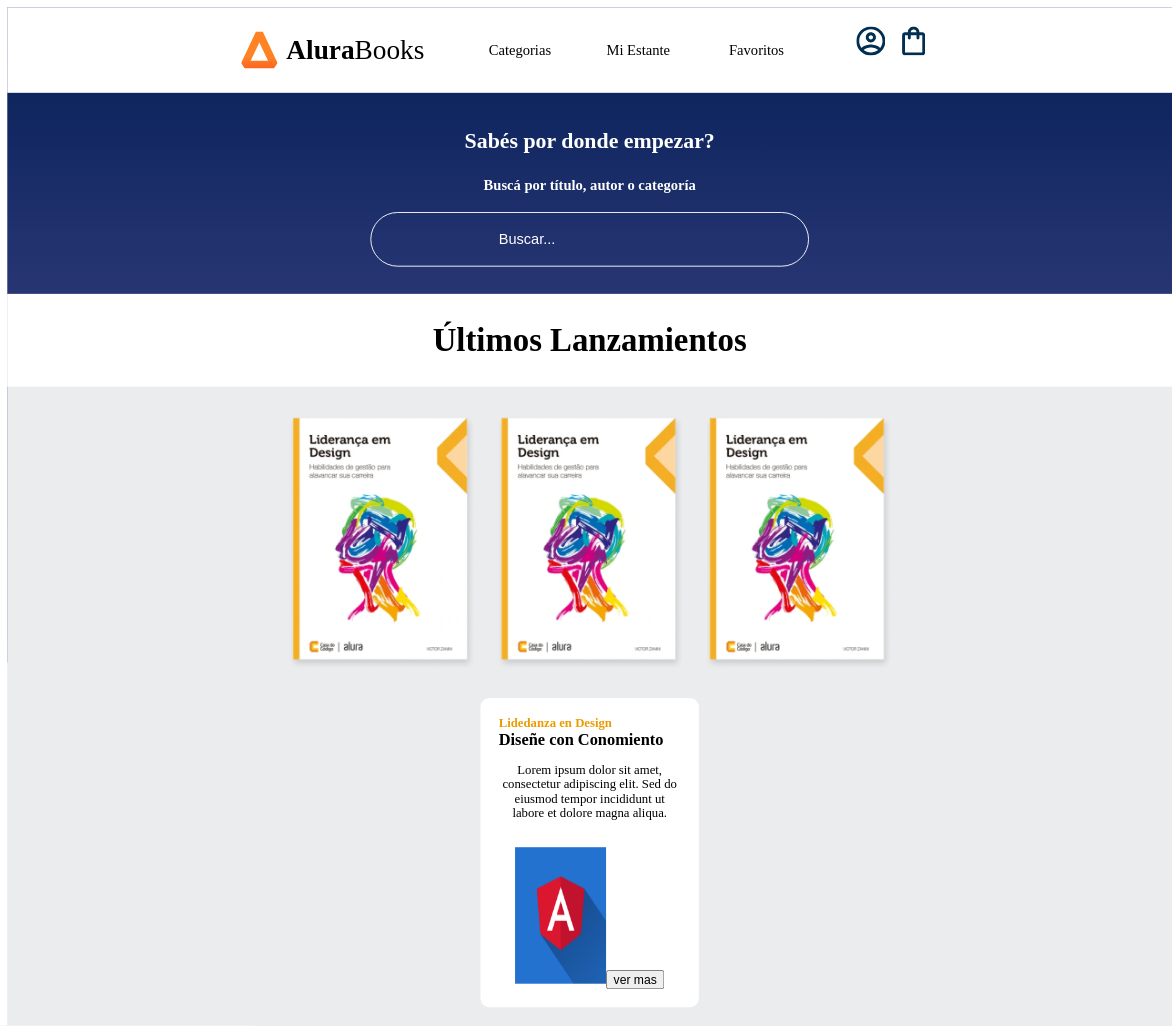
Repository: SandroG1977/Alura.Books
Page: /
The author's editor kept a copy of each file at every save. The page is drawn from the files as they stood at one save, then again after the next save.
The browser window is 1280 px wide. The page is 1288 px wide, so the pictures cover 1288 px, including what lies to the right of the window. The pictures show the whole page, at 91% of full size.
The project was rebuilt for these pictures with package versions that can differ from the ones it lists, and the page was loaded fresh each time.

Above is the page before, as saved 2026-04-09 18:39:56.

### src/index.js
import React from 'react';
import ReactDOM from 'react-dom/client';
import App from './App';
import reportWebVitals from './reportWebVitals';
import { createGlobalStyle } from 'styled-components';

const GlobalStyle = createGlobalStyle`
    body {
      margin: 0;
      font-family: -apple-system, BlinkMacSystemFont, 'Segoe UI', 'Roboto', 'Oxygen',
        'Ubuntu', 'Cantarell', 'Fira Sans', 'Droid Sans', 'Helvetica Neue',
        sans-serif;
      -webkit-font-smoothing: antialiased;
      -moz-osx-font-smoothing: grayscale;
    }

    code {
      font-family: source-code-pro, Menlo, Monaco, Consolas, 'Courier New',
        monospace;
    }

    li{
      list-style: none;
    }
`;

const root = ReactDOM.createRoot(document.getElementById('root'));
root.render(
  <React.StrictMode>
    <App />
  </React.StrictMode>
);

// If you want to start measuring performance in your app, pass a function
// to log results (for example: reportWebVitals(console.log))
// or send to an analytics endpoint. Learn more: https://bit.ly/CRA-vitals
reportWebVitals();

### src/App.js
import styled from 'styled-components';
import Header from './components/Header';
import Search from './components/Search';
import UltimosLanzamientos from './components/UltimoLanzamientos';

const AppContainer = styled.div`
  width: 100vw;
  height: 100vh;
  background-image: linear-gradient(to bottom, #031e55, #57559b);


li{
    list-style: none;
}
`;

function App() {
  return (
    <AppContainer>
      <Header />
      <Search />
      <UltimosLanzamientos />
    </AppContainer>
  );
}

export default App;

### src/components/Header/index.js
import Logo from '../logo';
import OptionsHeader from '../OptionsHeader';
import IconesHeader from '../IconosHeader';
import styled from 'styled-components';

const HeaderContainer = styled.header`
    background-color: white;
    display: flex;
    justify-content: center;
`;

function Header() {
    return (
        <HeaderContainer>
            <Logo />
            <OptionsHeader />
            <IconesHeader />
        </HeaderContainer>
    );
}

export default Header;

### src/components/Search/index.js
import { useState } from 'react';
import Input from '../Input';
import styled from 'styled-components';

import livro from '../../images/livro.png'

export const livros = [
    { nome: 'Liderança em Design', id: 1, src: livro },
    { nome: 'JavaScript Assertivo', id: 2, src: livro },
    { nome: 'Cangaceiro em JavaScript', id: 3, src: livro },
    { nome: 'Aventureiros do Java', id: 4, src: livro },
]

const SearchContainer = styled.section`
    display: flex;
    flex-direction: column;
    align-items: center;
    justify-content: center;
    padding: 20px;
`;

const Titulo = styled.h2`
    font-size: 24px;
    color: #FFF;
    margin-bottom: 10px;
`;

const Subtitulo = styled.h3`
    font-size: 16px;
    color: #FFF;
    margin-bottom: 20px;
`;

const ResultadosContainer = styled.div`
    display: flex;
    justify-content: center;
    align-items: center;
    margin-bottom: 20px;
    gap: 20px;
    cursor: pointer;

    img {
        width: 100px;
    }

    p { width: 200px; text-align: center; color: #FFF; }

    &:hover {
            transform: scale(1.05);
            transition: transform 0.2s ease-in-out;
        border: 1px solid white;
    }
`;

function Search() {
    const [librosEncontrados, setLibrosEncontrados] = useState([]);
    return (
        <SearchContainer>
            <Titulo>Sabés por donde empezar?</Titulo>
            <Subtitulo>Buscá por título, autor o categoría</Subtitulo>
            <Input
                placeholder="Buscar..."
                onBlur={event => {
                    const query = event.target.value.trim().toLowerCase();
                    if (!query) {
                        setLibrosEncontrados([]);
                        return;
                    }

                    const encontrados = livros.filter(livro =>
                        livro.nome.toLowerCase().includes(query)
                    );
                    setLibrosEncontrados(encontrados);
                }
                }
            />
            {librosEncontrados.map(livro => {
                return (
                    <ResultadosContainer key={livro.id}>
                        <img src={livro.src} alt={livro.nome} /><p>{livro.nome}</p>

                    </ResultadosContainer>
                );
            })}

        </SearchContainer>
    );
}

export default Search;

### src/components/UltimoLanzamientos/index.js
import styled from 'styled-components';
import { Titulo } from '../Titulo';
import livro2 from '../../images/livro2.png';
import livro from '../../images/livro.png';
import CardRecomandaciones from '../CardRecomandaciones';

export const livros = [
    { nome: 'Liderança em Design', src: livro, id: 1 },
    { nome: 'Cangaceiro JavaScript', src: livro, id: 3 },
    { nome: 'Apache Kafka e Spring Boot', src: livro, id: 4 }
]


const LibroContainer = styled.section`
    background-color: #EBECEE;
    padding-bottom: 20px;
    display: flex;
    flex-direction: column;
`;


const NuevosLibrosContainer = styled.div`
    margin-top: 30px;
    margin-bottom: 30px;
    gap: 20px;
    display: flex;
    width: 100%;
    justify-content: center;
    cursor: pointer;
`

function UltimosLanzamientos() {
    return (
        <LibroContainer>
            <Titulo color="#000000" size="36px" align="center">Últimos Lanzamientos</Titulo>
            <NuevosLibrosContainer>
                {livros.map(livro => {
                    return (
                        <img key={livro.id} src={livro.src} alt={livro.nome} />

                    );
                })}
            </NuevosLibrosContainer>
            <CardRecomandaciones titulo="Lidedanza en Design" subtitulo="Diseñe con Conomiento" descripcion="Lorem ipsum dolor sit amet, consectetur adipiscing elit. Sed do eiusmod tempor incididunt ut labore et dolore magna aliqua." imagen={livro2} />
        </LibroContainer>
    );
}

export default UltimosLanzamientos;

### src/components/logo/index.js
import logo from '../../images/logo.svg';
import styled from 'styled-components';

const LogoContainer = styled.div`
    display: flex;
    font-size: 30px;
    margin-left: 5px;
`;

const LogoImage = styled.img`
    width: 40px;
    margin-right: 10px;
`;


function Logo() {
    return (
        <LogoContainer>
            <LogoImage src={logo} alt="Logo Alura Books" />
            <p><strong>Alura</strong>Books</p>
        </LogoContainer>
    );
}

export default Logo;

### src/components/OptionsHeader/index.js

import styled from 'styled-components';

const OpcionesContainer = styled.ul`
    display: flex;
`;

const Opcion = styled.li`
    font-size: 16px;
    display: flex;
    justify-content: center;
    align-items: center;
    text-align: center;
    height: 100%;
    padding: 0 5px;
    cursor: pointer;
    min-width: 120px;
`;



const textoOpciones = ['Categorias', 'Mi Estante', 'Favoritos'];


function OptionsHeader() {
    return (
        <OpcionesContainer>
            {textoOpciones.map((opcion, index) => (
                <Opcion key={index}><p>{opcion}</p></Opcion>
            ))}
        </OpcionesContainer>
    );
}

export default OptionsHeader;

### src/components/IconosHeader/index.js
import perfil from '../../images/perfil.svg';
import carrito from '../../images/sacola.svg';
import styled from 'styled-components';

const IconosContainer = styled.ul`
    display: flex;
`;

const Icono = styled.li`
    width: 40px;
    margin:5px;
`;

const iconosOpciones = [perfil, carrito];

function IconesHeader() {
    return (
        <IconosContainer>
            {iconosOpciones.map((icono, index) => (
                <Icono><img src={icono} alt={`Icono ${index}`} /></Icono>
            ))}
        </IconosContainer>
    );
}

export default IconesHeader;

### src/components/Input/index.js
import syled from 'styled-components';

const Input = syled.input`
    border: 1px solid #FFF;
    background: transparent;
    border: 1px solid #FFF;
    padding: 20px 140px;
    border-radius: 50px;
    width: 200px;
    color: #FFF;
    font-size: 16px;
    margin-bottom: 10px;

    &::placeholder {
            color: #FFF;
            font-size: 16px;
    }
`;


export default Input;

### src/components/Titulo/index.js
import styled from 'styled-components';


export const Titulo = styled.h2`
    width: 100%;
    padding: 30px 0;
    background-color: #FFF;
    color: ${props => props.color || '#EB9B00'};
    font-size: ${props => props.size || '36px'};
    text-align: ${props => props.align || 'center'};
    margin: 0;
`;

### src/components/CardRecomandaciones/index.js
import styled from "styled-components";

const Card = styled.div`
    width: 200px;
    height: 300px;
    background-color: #FFF;
    border-radius: 10px;
    padding: 20px;
    display: flex;
    flex-direction: column;
    justify-content: space-between;
    align-items: center;
    align-self: center;
    `;

const Titulo = styled.h3`
        font-size: 14px;
        color: #EB9B00;
        margin: 0;
`;

const Subtitulo = styled.h4`
        font-size: 18px;
        color: #000000;
        margin: 0;
`

const Descripcion = styled.p`
        font-size: 14px;
        color: #000000;
        text-align: center;
    `
const Imagen = styled.img`
    width: 100px;
    height: 150px;
    object - fit: cover;
`

const Button = styled.button`
    button{
    background - color: #EB9B00;
    color: #FFF;
    border: none;
    padding: 10px 20px;
    border - radius: 5px;
    cursor: pointer;
`



function CardRecomandaciones({ titulo, subtitulo, descripcion, imagen }) {
    return (
        <Card>
            <div>
                <Titulo>{titulo}</Titulo>
                <Subtitulo>{subtitulo}</Subtitulo>
                <Descripcion>{descripcion}</Descripcion>
            </div>
            <div>
                <Imagen src={imagen} alt={titulo} />
                <Button>ver mas</Button>
            </div>
        </Card>
    );
}

export default CardRecomandaciones;

Loaded but not shown: public/index.html (common file); src/reportWebVitals.js (common file)

After the next save:
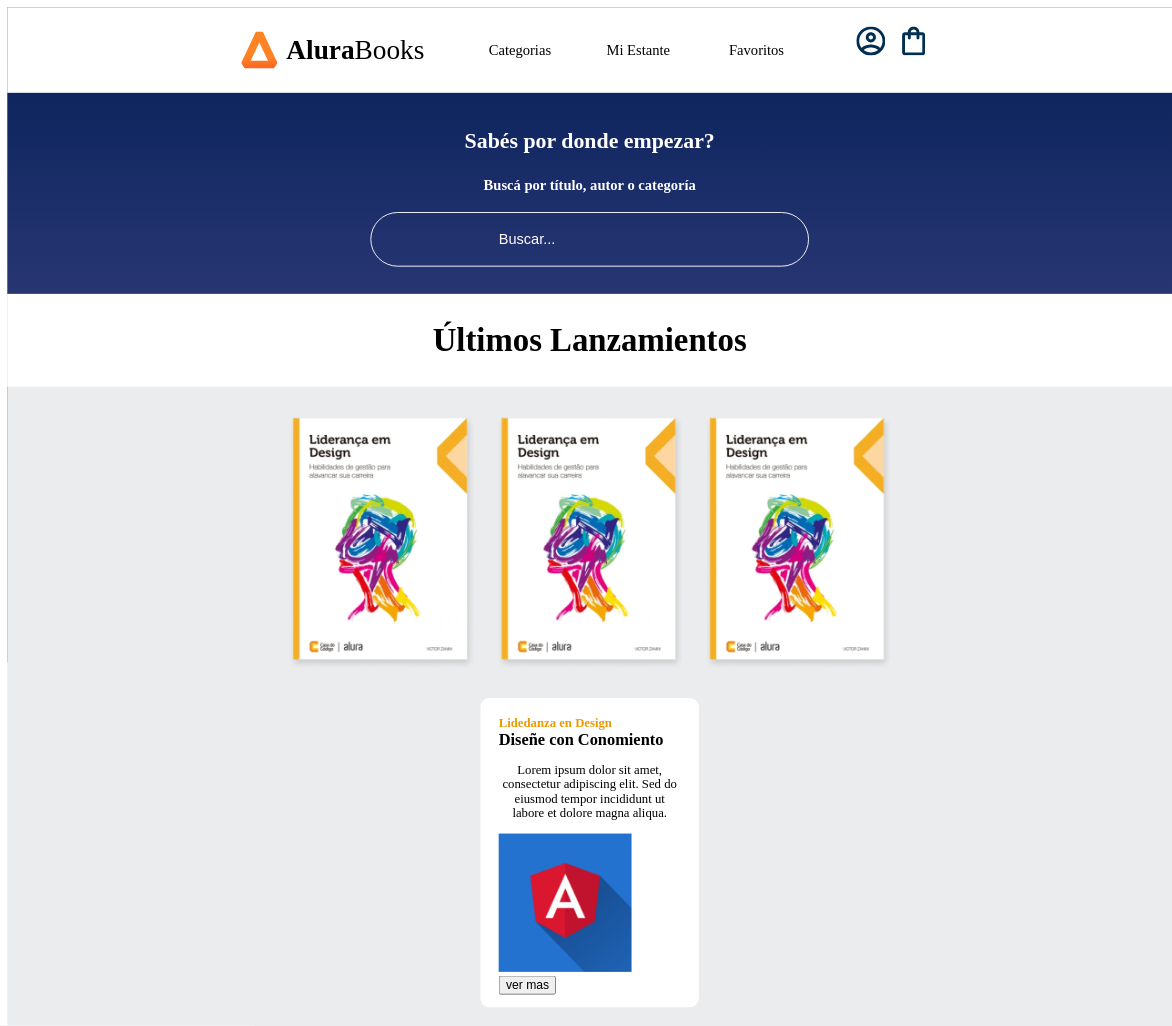
Saved 14 s later.
--- a/src/components/CardRecomandaciones/index.js
+++ b/src/components/CardRecomandaciones/index.js
@@ -31,8 +31,6 @@
         text-align: center;
     `
 const Imagen = styled.img`
-    width: 100px;
-    height: 150px;
     object - fit: cover;
 `
 
